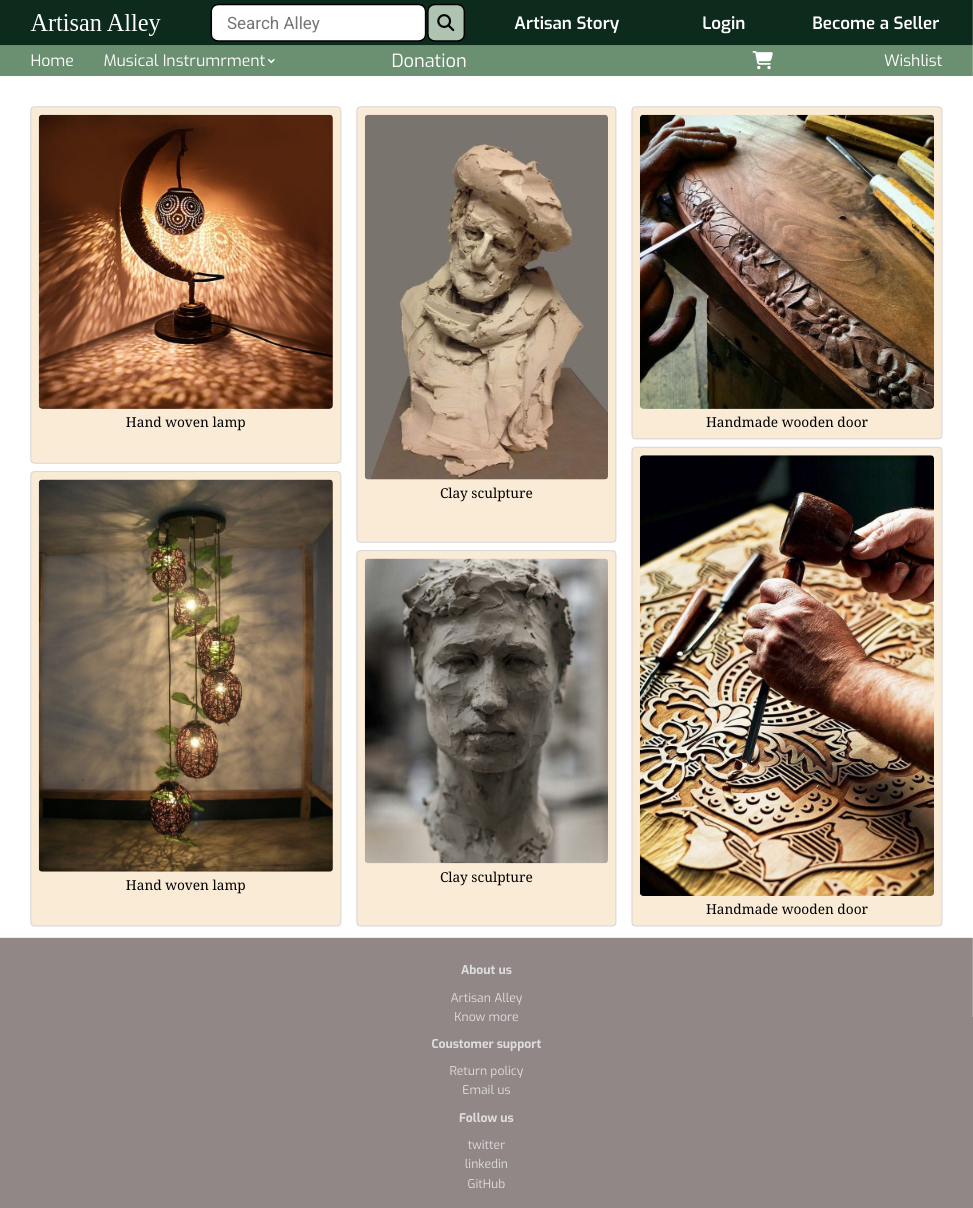
Repository: RingkhangBTY/Bytehacks_Hackathon_Project
Page: index.html
An editor plug-in stored every save of this project. The page is shown before and after a run of saves, followed by the edit.
The browser window is 1280 px wide. The pictures show the whole page, at 76% of full size.
Some web fonts or font styles are not loaded; a fallback is used.

Above is the page before, as saved 2024-11-27 04:42:30.

After the next 6 saves:
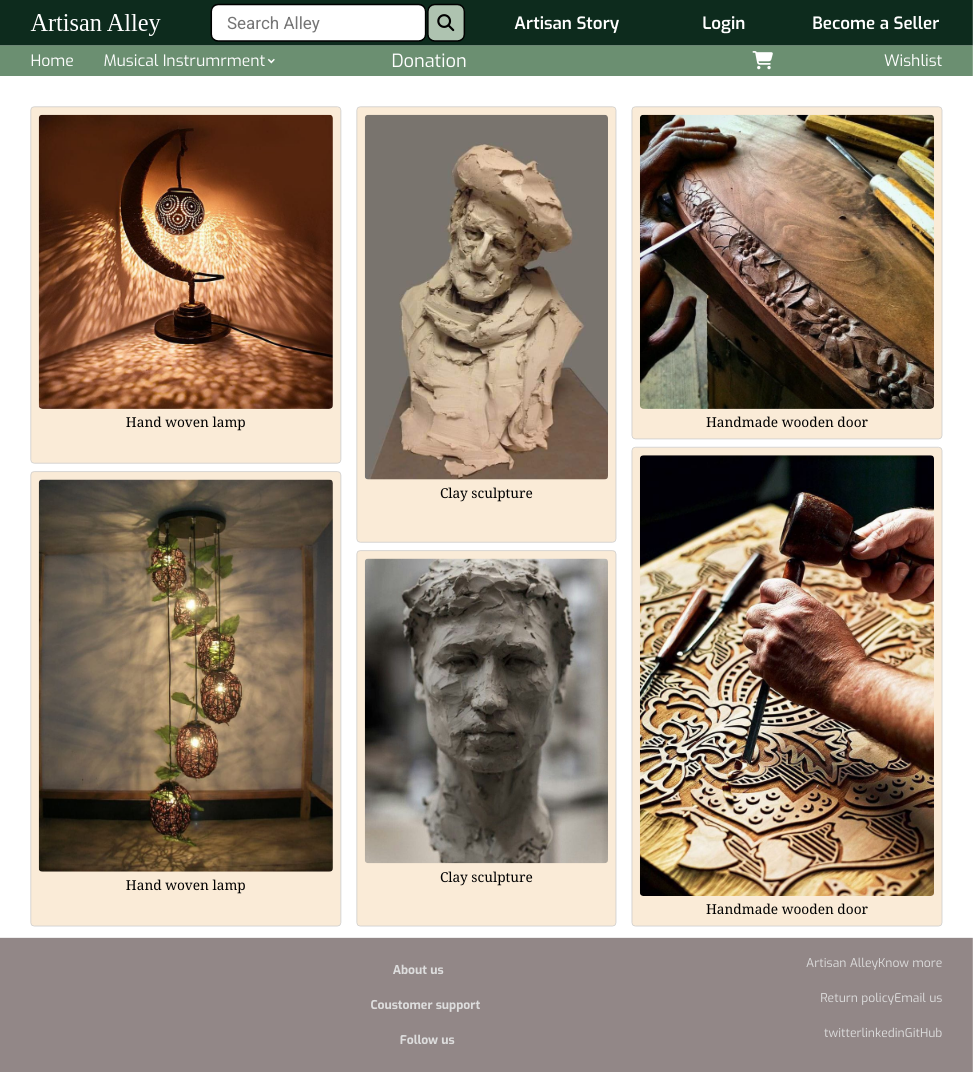
The 6 saves are shown as one change because they came seconds apart.
The last was saved 14 s later.
--- a/style.css
+++ b/style.css
@@ -211,7 +211,10 @@
   text-align: center;
 }
 
-footer-
+.imfo-container{
+  display: flex;
+
+}
 
 .imfo-contaner{
   display: flex;

After the 4 saves that followed:
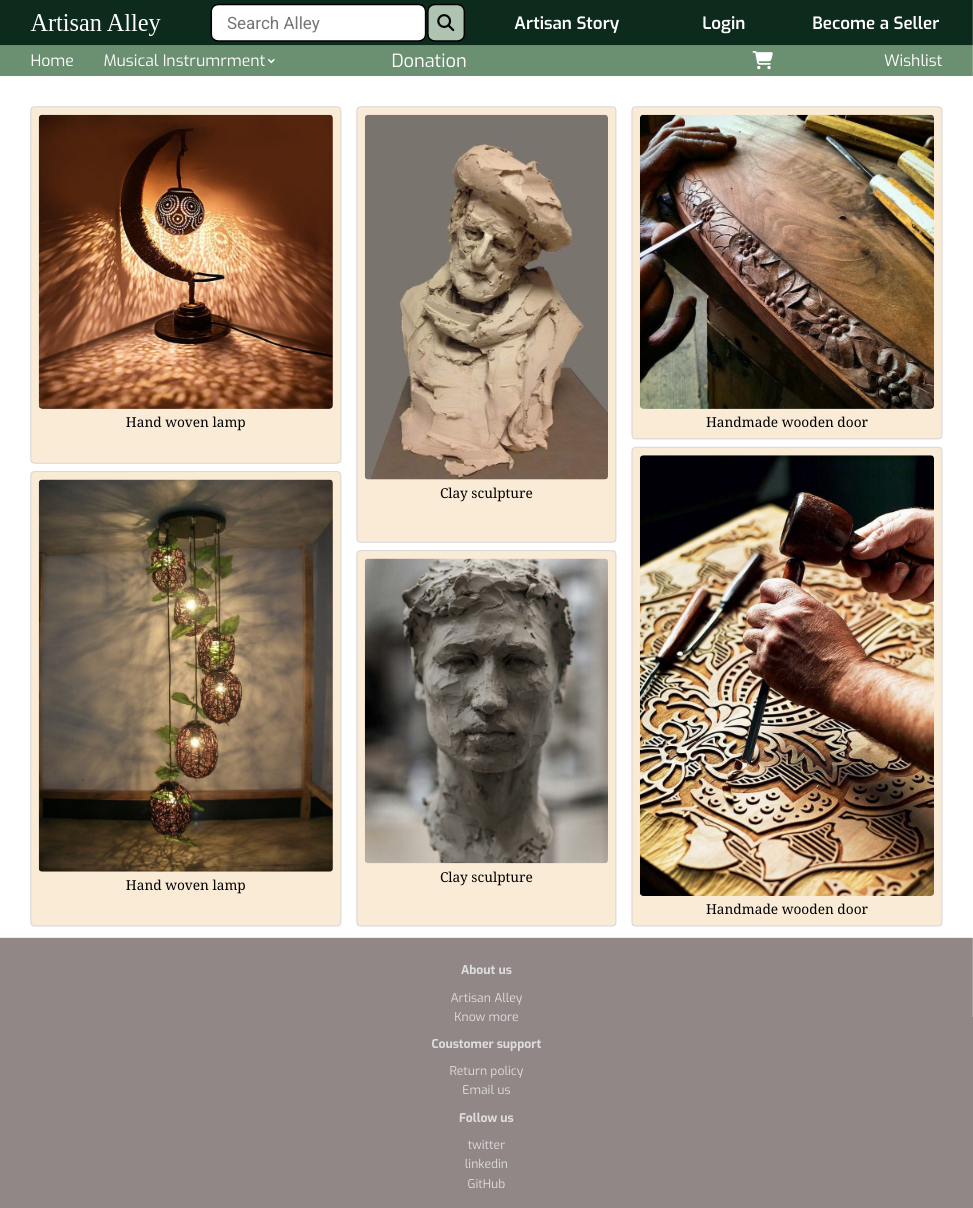
The 4 saves are shown as one change because 3 left the picture as it was.
The last was saved 71 s later.
--- a/style.css
+++ b/style.css
@@ -213,6 +213,7 @@
 
 .imfo-container{
   display: flex;
+  flex-direction: column;
 
 }
 
